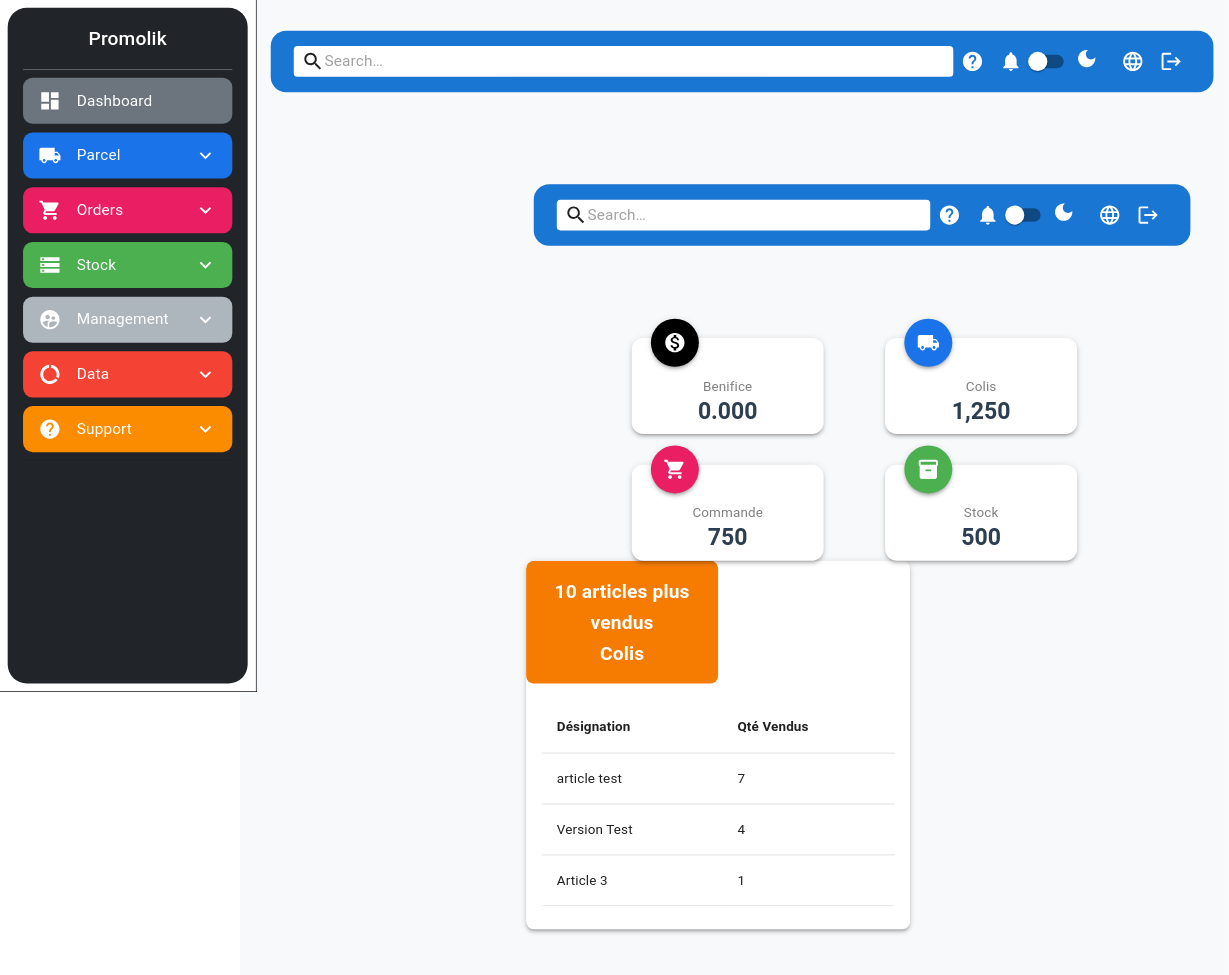
Repository: yosrjdly/stk
Page: /dashboard (app in dashboard/)
These files come from the project's save history. The page is drawn as it stood at one moment and after a run of saves; the edit follows.
The browser window is 1280 px wide. The pictures show the whole page, at 96% of full size.
The project was rebuilt for these pictures with package versions that can differ from the ones it lists, and the page was loaded fresh each time. The framework's server and built-in components were replaced by stand-ins that run in the browser. Also part of the build but not shown: dashboard/next.config.ts.

Above is the page before, as saved 2025-02-14 18:11:24.

### dashboard/src/app/dashboard/Layout.tsx
"use client";

import { Box, CssBaseline, Toolbar } from "@mui/material";
import Sidebar from "../../componenets/sidebar/SideBar";
import Navbar from "../../componenets/navbar/Navbar"; // Assuming you have a Navbar component
import { ReactNode } from "react";

interface LayoutProps {
  children: ReactNode;
}

export default function Layout({ children }: LayoutProps) {
  return (
    <Box sx={{ display: "flex" }}>
      <CssBaseline />

      {/* Sidebar (Permanent) */}
      <Sidebar />

      {/* Main Content Area */}
      <Box
        component="main"
        sx={{

          flexGrow: 1,
          p: 3,
          width: `calc(100% - 250px)`, // Adjusting main content width to fit sidebar
          backgroundColor: "#f8f9fa",
          minHeight: "100vh",
        }}
      >
        {/* Navbar */}
        <Navbar />

        {/* Page Content */}
        <Toolbar /> {/* Keeps content from being hidden behind Navbar */}
        {children}
      </Box>
    </Box>
  );
}

### dashboard/src/app/dashboard/page.tsx
import DashboardStats from "@/componenets/cards/smallCard/StatisticCard";
import Layout from "../dashboard/Layout";
import TopSellingCard from "@/componenets/cards/mediumCard/TopSellingCard";

export default function DashboardHome() {
  return (
    <Layout>
    <DashboardStats/>
    <TopSellingCard/>
    </Layout>
  );
}

### dashboard/src/componenets/sidebar/SideBar.tsx
"use client";

import { useState } from "react";
import { useRouter, usePathname } from "next/navigation";
import {
  Drawer,
  List,
  ListItemButton,
  ListItemText,
  Collapse,
  Divider,
  Typography,
  Box,
  IconButton,
} from "@mui/material";
import { ExpandLess, ExpandMore, Brightness4, Brightness7 } from "@mui/icons-material";
import DashboardIcon from '@mui/icons-material/Dashboard';
import LocalShippingIcon from '@mui/icons-material/LocalShipping';
import ShoppingCartIcon from '@mui/icons-material/ShoppingCart';
import StorageIcon from '@mui/icons-material/Storage';
import SupervisedUserCircleIcon from '@mui/icons-material/SupervisedUserCircle';
import DataUsageIcon from '@mui/icons-material/DataUsage';
import HelpIcon from '@mui/icons-material/Help';

const menuItems = [
  {
    title: "Dashboard",
    path: "/dashboard",
    color: "#6c757d",
    icon: <DashboardIcon />,
  },
  {
    title: "Parcel",
    subItems: [
      { title: "Exchange List", path: "/dashboard/parcel/exchangeList" },
      { title: "Exchange Return", path: "/dashboard/parcel/exchangeReturn" },
      { title: "Exchange Creation", path: "/dashboard/parcel/exchangeCreation" },
      { title: "Package Creation", path: "/dashboard/parcel/packageCreation" },
      { title: "Package Edit", path: "/dashboard/parcel/packageEdit" },
      { title: "Package List", path: "/dashboard/parcel/packageList" },
      { title: "Parcel Return", path: "/dashboard/parcel/parcelReturn" },
    ],
    color: "#1a73e8",
    icon: <LocalShippingIcon />,
  },
  {
    title: "Orders",
    subItems: [
      { title: "Cash Sale", path: "/dashboard/orders/cashSale" },
      { title: "Orders", path: "/dashboard/orders/orders" },
    ],
    color: "#e91e63",
    icon: <ShoppingCartIcon />,
  },
  {
    title: "Stock",
    subItems: [
      { title: "Add Article", path: "/dashboard/stock/addArticle" },
      { title: "Entred Stock", path: "/dashboard/stock/entredStock" },
      { title: "Notification", path: "/dashboard/stock/notification" },
      { title: "Stock", path: "/dashboard/stock/stock" },
    ],
    color: "#4caf50",
    icon: <StorageIcon />,
  },
  {
    title: "Management",
    subItems: [
      { title: "Delivery Company", path: "/manegement/deliveryCompany" },
      { title: "Profile", path: "/dashboard/management/profile" },
      { title: "Profit", path: "/dashboard/management/profit" },
      { title: "Spending", path: "/dashboard/management/spending" },
      { title: "User", path: "/dashboard/management/user" },
    ],
    color: "#adb5bd",
    icon: <SupervisedUserCircleIcon />,
  },
  {
    title: "Data",
    subItems: [
      { title: "Archived Parcel", path: "/dashboard/data/archivedParcel" },
      { title: "Command Deleted", path: "/dashboard/data/commandDeleted" },
      { title: "Deleted Parcel", path: "/dashboard/data/deletedParcel" },
      { title: "Inventory Removed", path: "/dashboard/data/inventoryRemoved" },
    ],
    color: "#f44335",
    icon: <DataUsageIcon />,
  },
  {
    title: "Support",
    subItems: [
      { title: "About Us", path: "/dashboard/support/aboutUs" },
      { title: "Claims", path: "/dashboard/support/claims" },
      { title: "User Guide", path: "/dashboard/support/userGuide" },
    ],
    color: "#fb8c00",
    icon: <HelpIcon />,
  },
];

export default function Sidebar() {
  const router = useRouter();
  const pathname = usePathname();
  const [openSections, setOpenSections] = useState<Record<string, boolean>>({});

  const toggleSection = (title: string) => {
    setOpenSections((prev) => ({
      ...prev,
      [title]: !prev[title],
    }));
  };

  return (
    <Drawer variant="permanent" sx={{ width: 250, flexShrink: 0, marginTop: 2 }}>
      <Box sx={{ height: "100%", width: 250, padding: 2, backgroundColor: "#212529", borderRadius: 5, margin: 1 }}>
        <Typography variant="h6" sx={{ color: "white", textAlign: "center", mb: 2 }}>
          Promolik
        </Typography>
        <Divider sx={{ backgroundColor: "#6c757d" }} />
        <List>
          {menuItems.map((item, index) => {
            const isParentActive = item.subItems?.some((subItem) => pathname === subItem.path);

            return (
              <div key={index}>
                {item.subItems ? (
                  <>
                    <ListItemButton
                      sx={{
                        backgroundColor: item.color,
                        borderRadius: "10px",
                        marginBottom: 1,
                        color: "white",
                      }}
                      onClick={() => toggleSection(item.title)}
                    >
                      {item.icon}
                      <ListItemText primary={item.title} sx={{ ml: 2 }} />
                      {openSections[item.title] ? <ExpandLess /> : <ExpandMore />}
                    </ListItemButton>
                    <Collapse in={openSections[item.title]} timeout="auto" unmountOnExit>
                      <List component="div" disablePadding>
                        {item.subItems.map((subItem, subIndex) => (
                          <ListItemButton
                            key={subIndex}
                            sx={{
                              pl: 4,
                              backgroundColor: pathname === subItem.path ? item.color : "transparent",
                              borderRadius: pathname === subItem.path ? "10px" : "0px",
                              marginBottom: 1,
                              color: pathname === subItem.path ? "white" : "#ccc",
                            }}
                            onClick={() => router.push(subItem.path)}
                          >
                            <ListItemText primary={subItem.title} />
                          </ListItemButton>
                        ))}
                      </List>
                    </Collapse>
                  </>
                ) : (
                  <ListItemButton
                    sx={{
                      backgroundColor: pathname === item.path ? item.color : "transparent",
                      borderRadius: pathname === item.path ? "10px" : "0px",
                      marginBottom: 1,
                      color: pathname === item.path ? "white" : "#ccc",
                    }}
                    onClick={() => router.push(item.path)}
                  >
                    {item.icon}
                    <ListItemText primary={item.title} sx={{ ml: 2 }} />
                  </ListItemButton>
                )}
                <Divider />
              </div>
            );
          })}
        </List>
      </Box>
    </Drawer>
  );
}

### dashboard/src/componenets/navbar/Navbar.tsx
'use client';

import React, { useState } from 'react';
import { AppBar, Toolbar, IconButton, InputBase, Menu, MenuItem, Switch, FormControlLabel } from '@mui/material';
import { Search as SearchIcon, Help as HelpIcon, Notifications as NotificationsIcon, Language as LanguageIcon, Logout as LogoutIcon, DarkMode as DarkModeIcon } from '@mui/icons-material';
import { useTheme } from '@mui/material/styles';

const Navbar = () => {
  const [anchorEl, setAnchorEl] = useState(null);
  const [themeMode, setThemeMode] = useState(false); // Dark mode state

  const theme = useTheme();

  const handleMenuOpen = (event) => {
    setAnchorEl(event.currentTarget);
  };

  const handleMenuClose = () => {
    setAnchorEl(null);
  };

  const toggleTheme = () => {
    setThemeMode((prev) => !prev);
    // You can add a theme switcher logic here (like changing the theme color)
  };

  return (
    <AppBar
      position="sticky"
      sx={{
        mx: 1,
        mt: 1,
        borderRadius: '16px',
        boxShadow: 'none',
        backdropFilter: 'blur(10ppx',
        zIndex: 1200,
      }}
    >
      <Toolbar>
        {/* Search Bar */}
        <InputBase
          placeholder="Search…"
          startAdornment={<SearchIcon />}
          sx={{ flexGrow: 1, backgroundColor: theme.palette.background.default, borderRadius: '4px', paddingLeft: '8px' }}
        />

        {/* Help Icon */}
        <IconButton color="inherit" onClick={handleMenuOpen}>
          <HelpIcon />
        </IconButton>

        {/* Notifications Icon */}
        <IconButton color="inherit">
          <NotificationsIcon />
        </IconButton>

        {/* Theme Switch */}
        <FormControlLabel
          control={<Switch checked={themeMode} onChange={toggleTheme} />}
          label={<DarkModeIcon />}
        />

        {/* Language Icon */}
        <IconButton color="inherit">
          <LanguageIcon />
        </IconButton>

        {/* Logout Icon */}
        <IconButton color="inherit">
          <LogoutIcon />
        </IconButton>
      </Toolbar>

      {/* Help Icon Menu */}
      <Menu
        anchorEl={anchorEl}
        open={Boolean(anchorEl)}
        onClose={handleMenuClose}
      >
        <MenuItem onClick={handleMenuClose}>Help Center</MenuItem>
        <MenuItem onClick={handleMenuClose}>Contact Support</MenuItem>
      </Menu>
    </AppBar>
  );
};

export default Navbar;

### dashboard/src/componenets/cards/smallCard/StatisticCard.tsx
'use client';

import React from 'react';
import { Card, CardContent, Typography, Box } from '@mui/material';
import MonetizationOnIcon from '@mui/icons-material/MonetizationOn';
import LocalShippingIcon from '@mui/icons-material/LocalShipping';
import ShoppingCartIcon from '@mui/icons-material/ShoppingCart';
import InventoryIcon from '@mui/icons-material/Inventory';

const StatisticCard = ({
  title,
  value,
  icon,
  bgColor,
}: {
  title: string;
  value: string;
  icon: React.ReactNode;
  bgColor: string;
}) => {
  return (
    <Box sx={{ position: 'relative', display: 'inline-block', mx: 2 }}>
      {/* Floating Icon */}
      <Box
        sx={{
          position: 'absolute',
          top: -20,
          left: 20,
          width: 50,
          height: 50,
          borderRadius: '50%',
          backgroundColor: bgColor,
          display: 'flex',
          alignItems: 'center',
          justifyContent: 'center',
          boxShadow: 3,
        }}
      >
        {icon}
      </Box>

      {/* Card */}
      <Card
        sx={{
          width: 200,
          height: 100,
          borderRadius: 3,
          textAlign: 'center',
          boxShadow: 3,
          backgroundColor: 'white',
          pt: 3,
        }}
      >
        <CardContent>
          <Typography variant="body2" sx={{ color: 'gray' }}>
            {title}
          </Typography>
          <Typography variant="h5" sx={{ fontWeight: 'bold', color: '#2D3E50' }}>
            {value}
          </Typography>
        </CardContent>
      </Card>
    </Box>
  );
};

const DashboardStats = () => {
  const stats = [
    { title: 'Benifice', value: '0.000', icon: <MonetizationOnIcon sx={{ color: 'white' }} />, bgColor: 'black' },
    { title: 'Colis', value: '1,250', icon: <LocalShippingIcon sx={{ color: 'white' }} />, bgColor: '#1a73e8' },
    { title: 'Commande', value: '750', icon: <ShoppingCartIcon sx={{ color: 'white' }} />, bgColor: '#e91e63' },
    { title: 'Stock', value: '500', icon: <InventoryIcon sx={{ color: 'white' }} />, bgColor: '#4caf50' },
  ];

  return (
    <Box display="flex" justifyContent="center" gap={4} flexWrap="wrap" mt={4}>
      {stats.map((stat, index) => (
        <StatisticCard key={index} title={stat.title} value={stat.value} icon={stat.icon} bgColor={stat.bgColor} />
      ))}
    </Box>
  );
};

export default DashboardStats;

### dashboard/src/componenets/cards/mediumCard/TopSellingCard.tsx
"use client";

import { Card, CardContent, Typography, Table, TableBody, TableCell, TableContainer, TableHead, TableRow, Paper } from "@mui/material";

const data = [
  { name: "article test", quantity: 7 },
  { name: "Version Test", quantity: 4 },
  { name: "Article 3", quantity: 1 },
];

const TopSellingCard = () => {
  return (
    <Card sx={{ maxWidth: 400, borderRadius: 2, boxShadow: 3, overflow: "hidden" }}>
      <CardContent sx={{ backgroundColor: "#f57c00", color: "white", textAlign: "center", padding: 2 ,borderRadius: 2 ,width:200}}>
        <Typography variant="h6" fontWeight="bold">
          10 articles plus vendus
        </Typography>
        <Typography variant="h6" fontWeight="bold">
          Colis
        </Typography>
      </CardContent>
      <CardContent>
        <TableContainer component={Paper} elevation={0} sx={{ boxShadow: "none" }}>
          <Table>
            <TableHead>
              <TableRow>
                <TableCell sx={{ fontWeight: "bold" }}>Désignation</TableCell>
                <TableCell sx={{ fontWeight: "bold" }}>Qté Vendus</TableCell>
              </TableRow>
            </TableHead>
            <TableBody>
              {data.map((item, index) => (
                <TableRow key={index}>
                  <TableCell>{item.name}</TableCell>
                  <TableCell>{item.quantity}</TableCell>
                </TableRow>
              ))}
            </TableBody>
          </Table>
        </TableContainer>
      </CardContent>
    </Card>
  );
};

export default TopSellingCard;

Loaded but not shown: dashboard/src/app/layout.tsx (common file); dashboard/src/app/globals.css (common file)

After the next 4 saves:
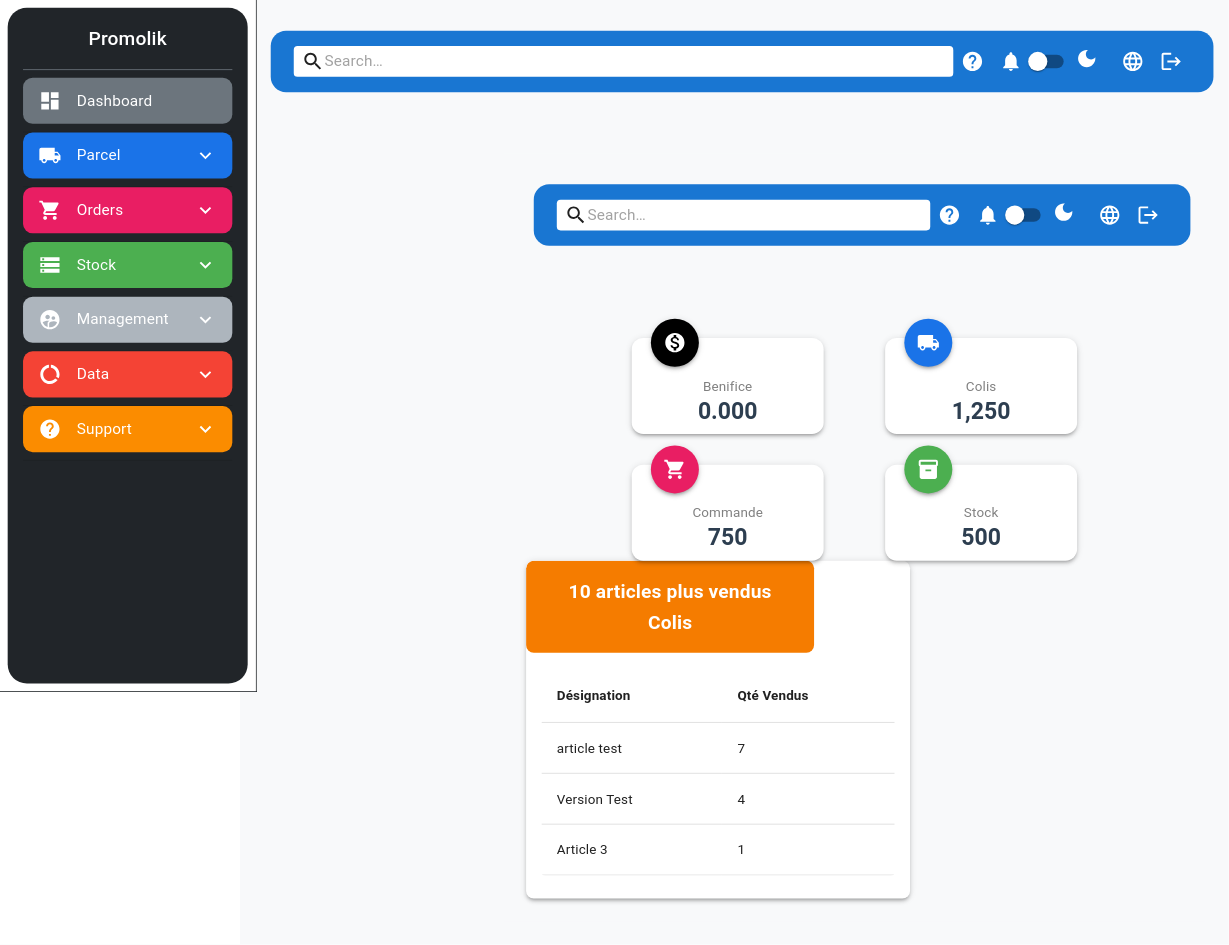
The 4 saves are shown as one change because they came seconds apart.
The last was saved 12 s later.
--- a/dashboard/src/componenets/cards/mediumCard/TopSellingCard.tsx
+++ b/dashboard/src/componenets/cards/mediumCard/TopSellingCard.tsx
@@ -11,7 +11,7 @@ const data = [
 const TopSellingCard = () => {
   return (
     <Card sx={{ maxWidth: 400, borderRadius: 2, boxShadow: 3, overflow: "hidden" }}>
-      <CardContent sx={{ backgroundColor: "#f57c00", color: "white", textAlign: "center", padding: 2 ,borderRadius: 2 ,width:200}}>
+      <CardContent sx={{ backgroundColor: "#f57c00", color: "white", textAlign: "center", padding: 2 ,borderRadius: 2 ,width:"75%"}}>
         <Typography variant="h6" fontWeight="bold">
           10 articles plus vendus
         </Typography>
